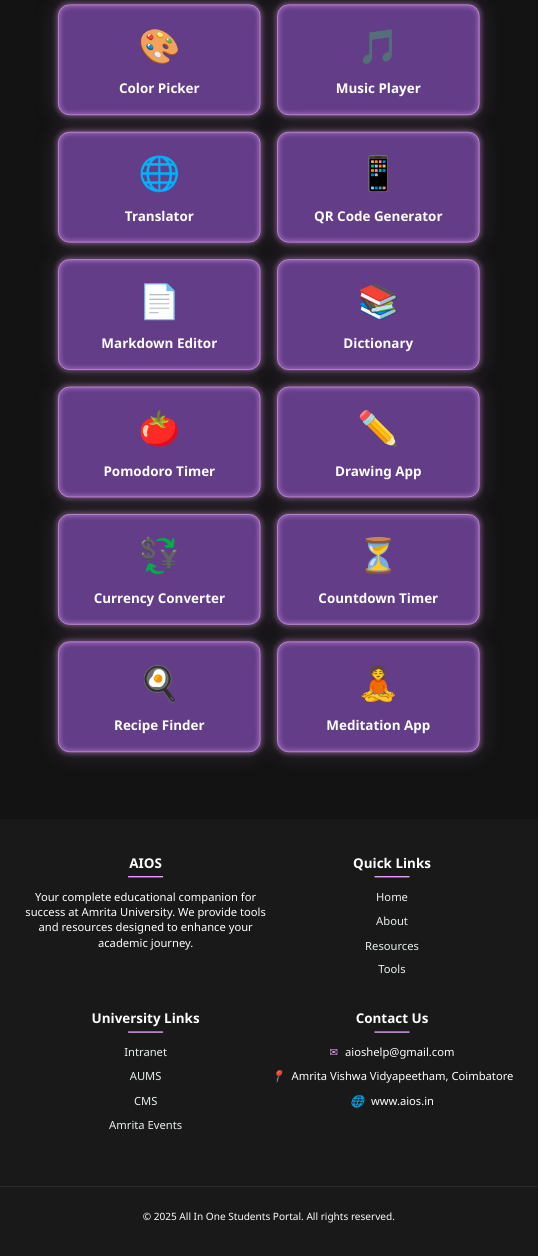
Repository: AniruthKarthik/AIOS
Page: tools.html
The author's editor kept a copy of each file at every save. The page is drawn from the files as they stood at one save, then again after the next save.
The browser window is 768 px wide. The pictures show the part of the page from y = 1049 to 3289 px (the page is 2843 px tall before and 3289 px after), at 70% of full size.

Above is the page before, as saved 2025-04-01 10:15:10.

After the next save:
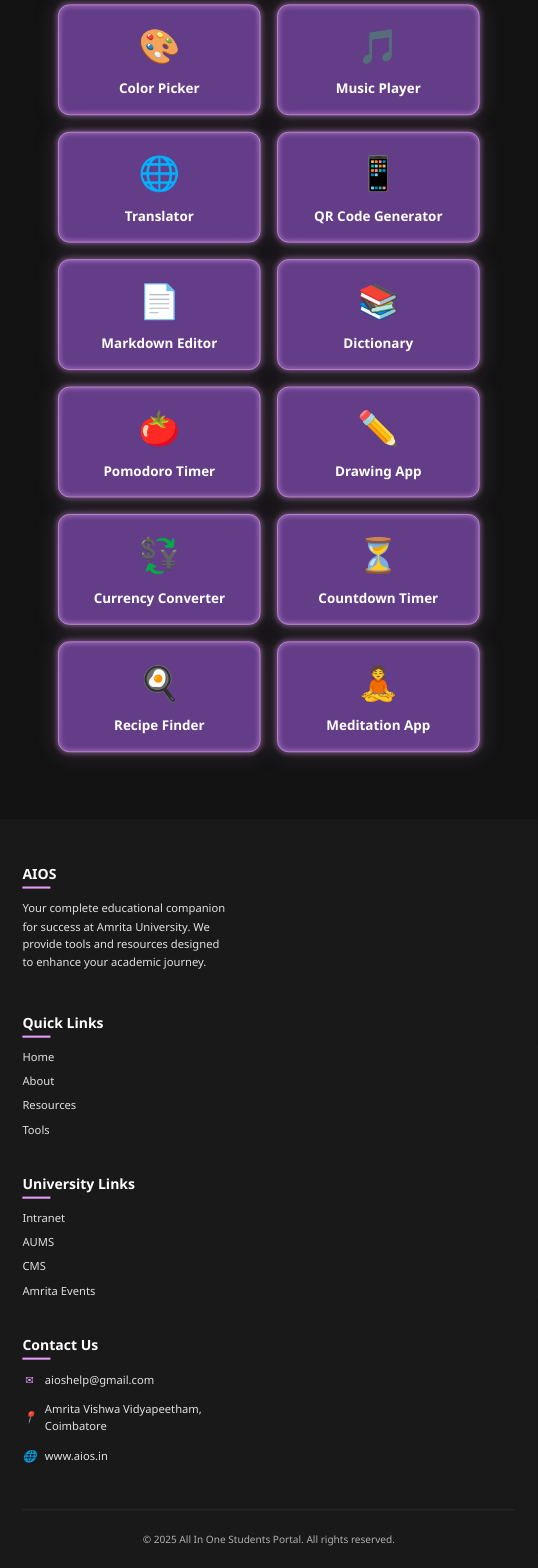
Saved 27 s later.
--- a/tools.html
+++ b/tools.html
@@ -188,54 +188,70 @@
 }
 
 /* Footer */
+/* Footer - Refined Professional Layout */
 footer {
     background-color: rgb(25, 25, 25);
     color: white;
-    padding: 3rem 0;
-    text-align: center;
+    padding: 4rem 0 2rem;
     width: 100%;
-    margin-top: auto; /* Push footer to the bottom */
-}
-
-.footer-content {
-    display: flex;
-    flex-wrap: wrap;
-    justify-content: space-between;
+    margin-top: auto;
+}
+
+.container {
     max-width: 1200px;
     margin: 0 auto;
     padding: 0 2rem;
 }
 
+.footer-content {
+    display: flex;
+    flex-wrap: wrap;
+    justify-content: space-between;
+    text-align: left;
+    gap: 2rem;
+}
+
 .footer-section {
     flex: 1;
-    min-width: 250px;
-    margin-bottom: 2rem;
+    min-width: 200px;
     display: flex;
     flex-direction: column;
-    align-items: center;
+    align-items: flex-start;
+    padding-right: 1rem;
+}
+
+.footer-section p {
+    margin-bottom: 1.2rem;
+    line-height: 1.6;
+    color: #e0e0e0;
+    text-align: left;
+    max-width: 300px;
 }
 
 .footer-title {
-    font-size: 1.2rem;
+    font-size: 1.25rem;
+    font-weight: 600;
     margin-bottom: 1.5rem;
     position: relative;
     display: inline-block;
+    text-align: left;
+    color: #ffffff;
 }
 
 .footer-title::after {
     content: '';
     position: absolute;
-    left: 50%;
+    left: 0;
     bottom: -8px;
-    width: 50px;
-    height: 2px;
+    width: 40px;
+    height: 3px;
     background-color: var(--accent-color);
-    transform: translateX(-50%);
 }
 
 .footer-links {
     list-style: none;
-    text-align: center;
+    text-align: left;
+    padding: 0;
 }
 
 .footer-links li {
@@ -243,38 +259,55 @@
 }
 
 .footer-links a {
-    color: #ecf0f1;
+    color: #e0e0e0;
     text-decoration: none;
-    transition: color 0.3s;
+    transition: color 0.2s ease, padding-left 0.2s ease;
+    display: inline-block;
 }
 
 .footer-links a:hover {
     color: var(--accent-color);
+    padding-left: 5px;
+}
+
+.footer-contact {
+    align-items: flex-start;
 }
 
 .footer-contact p {
-    margin-bottom: 0.8rem;
+    margin-bottom: 1rem;
     display: flex;
     align-items: center;
-    justify-content: center;
+    text-align: left;
 }
 
 .footer-contact i {
-    margin-right: 10px;
+    margin-right: 12px;
     color: var(--accent-color);
+    min-width: 20px;
+    text-align: center;
 }
 
 .copyright {
     text-align: center;
     padding-top: 2rem;
     border-top: 1px solid rgba(255, 255, 255, 0.1);
-    margin-top: 2rem;
+    margin-top: 3rem;
     font-size: 0.9rem;
-    max-width: 1200px;
-    margin-left: auto;
-    margin-right: auto;
-    padding-left: 2rem;
-    padding-right: 2rem;
+    color: #b0b0b0;
+}
+
+/* Responsive adjustments */
+@media (max-width: 768px) {
+    .footer-content {
+        flex-direction: column;
+        gap: 2.5rem;
+    }
+
+    .footer-section {
+        width: 100%;
+        padding-right: 0;
+    }
 }
 
 .theme-toggle {
